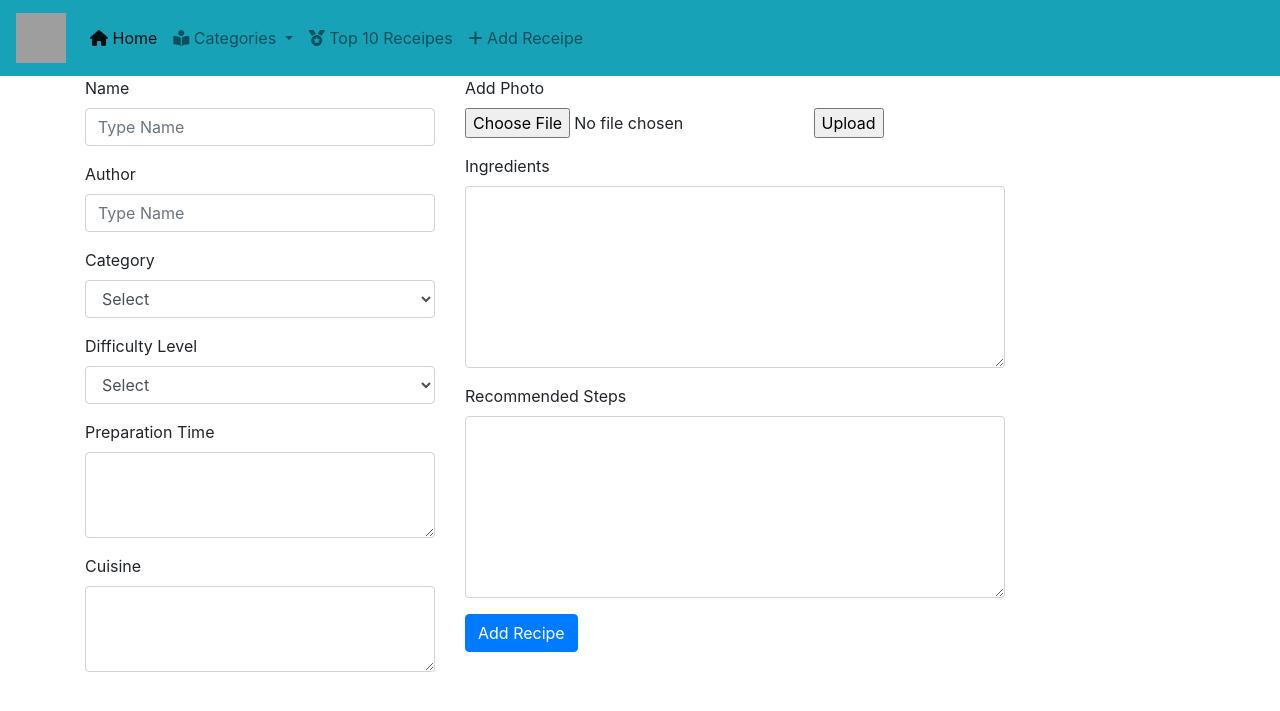
Repository: toderas/Flask-Cook-Book
Page: templates/addrecipe.html
The author's editor kept a record of every edit. The page is drawn from the files as they stood at one moment, then again after the next edit.
The browser window is 1280 px wide. The pictures show the whole page.
Pictures or frames that could not be fetched are drawn as grey boxes. Some web libraries are served in a nearby version. The page is served by the project's application, run on Flask 3 (cookbook.py). The template is opened directly, without the code that normally fills it, so the values that code supplies are empty.

Above is the page before.

After the next edit:
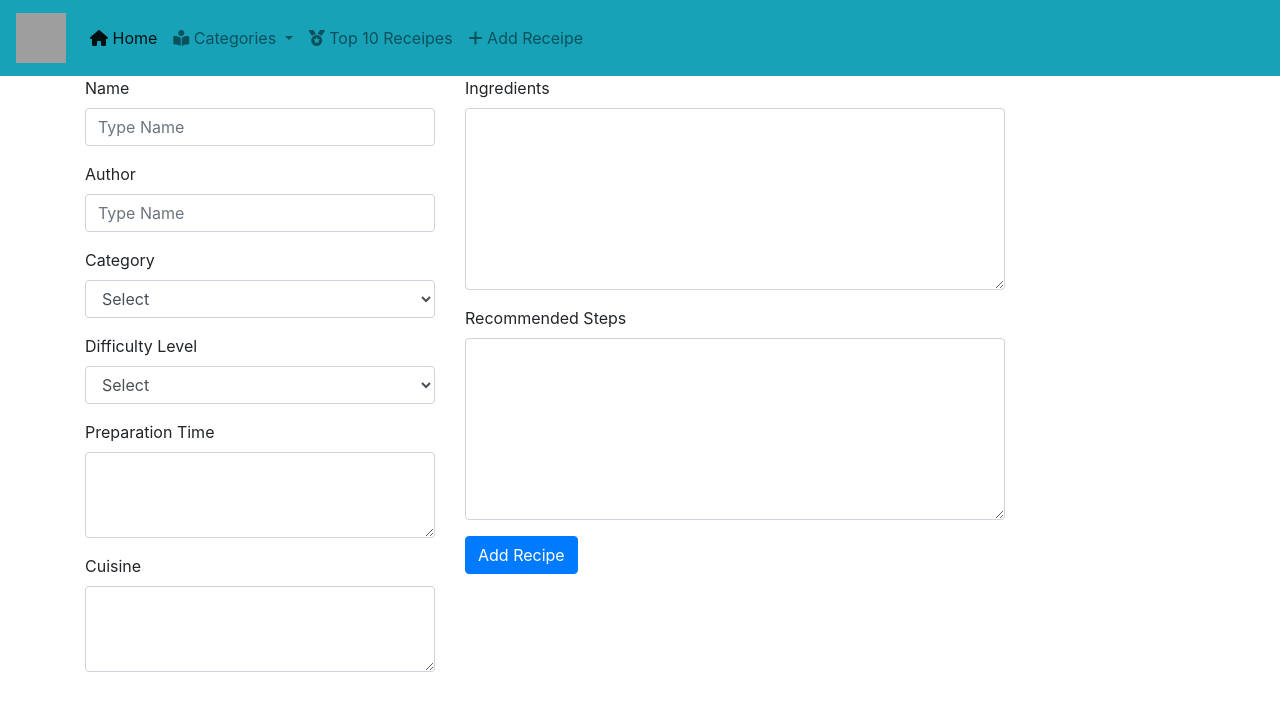
The edit:
--- a/templates/addrecipe.html
+++ b/templates/addrecipe.html
@@ -41,11 +41,7 @@
 
       </div>
       <div class="col-md-6">
-        <label for="exampleFormControlTextarea1">Add Photo</label>
-        <form action="{{url_for('upload')}}" method="POST" enctype=multipart/form-data>
-          <p><input type=file name=file id="upload_file">
-            <input type=submit value=Upload>
-        </form>
+        <!--Form For Upload Was Here-->
         <div class="form-group">
           <label for="exampleFormControlTextarea1">Ingredients</label>
           <textarea class="form-control" name="dish_ingredients" id="exampleFormControlTextarea1" rows="7"></textarea>
